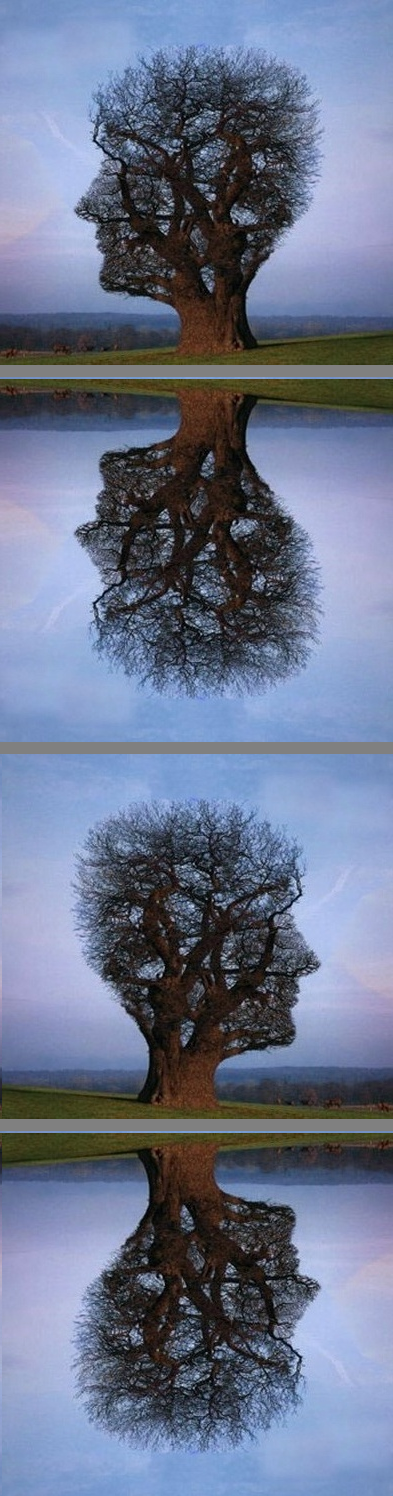
Repository: Dapravith/I5-GIC-Image-Processing
Script's output: python TP3.py
The author's editor kept a copy of each file at every save. The script's output is drawn from the files as they stood at one save, then again after the next save.
Each picture stacks the figures in order, with grey between them; figures that are only written to a file come last. Random numbers start from a fixed seed. It also reads images/facetree.jpg.

Above is the script's output before, as saved 2023-12-20 16:01:31.

### TP3.py
import cv2 as cv

img = cv.imread('./images/facetree.jpg')


height, width = img.shape[:2]

mirImg1 = mirImg2 = mirImg3 = img.copy()



def  miro_f1(img):
        for h in range(height):
            for w in range(width):
                mirImg1[h,w]=img[1-h,w]
        return mirImg1


def miro_f2(img):
    for h in range(height):
        for w in range(width):
            mirImg2[h,w]=img[h,1-w]
    return mirImg2

def miro_f3(img):
    for h in range(height):
        for w in range(width):
            mirImg3[h,w]=img[1-h,1-w]
    return mirImg3




cv.imshow('Test1',img)

cv.imshow('Test2', miro_f1(img))

cv.imshow('Test3', miro_f2(img))

cv.imshow('Test4', miro_f3(img))


cv.waitKey(0)
cv.destroyAllWindows()

After the next save:
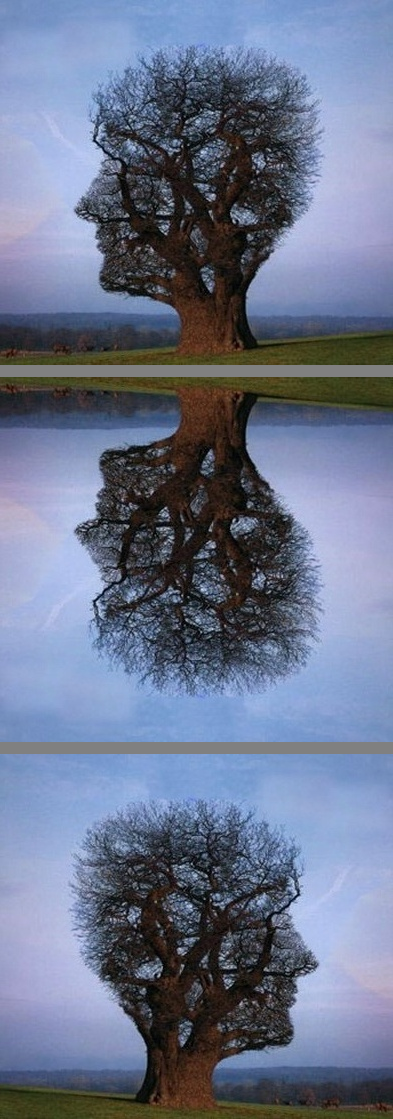
Saved 68 s later.
--- a/TP3.py
+++ b/TP3.py
@@ -2,43 +2,25 @@
 
 img = cv.imread('./images/facetree.jpg')
 
-
 height, width = img.shape[:2]
 
-mirImg1 = mirImg2 = mirImg3 = img.copy()
+mirImg1 = mirImg2 = img.copy()
 
-
-
-def  miro_f1(img):
-        for h in range(height):
-            for w in range(width):
-                mirImg1[h,w]=img[1-h,w]
-        return mirImg1
-
+def miro_f1(img):
+    for h in range(height):
+        for w in range(width):
+            mirImg1[h, w] = img[height - 1 - h, w]
+    return mirImg1
 
 def miro_f2(img):
     for h in range(height):
         for w in range(width):
-            mirImg2[h,w]=img[h,1-w]
+            mirImg2[h, w] = img[h, width - 1 - w]
     return mirImg2
 
-def miro_f3(img):
-    for h in range(height):
-        for w in range(width):
-            mirImg3[h,w]=img[1-h,1-w]
-    return mirImg3
-
-
-
-
-cv.imshow('Test1',img)
-
+cv.imshow('Test1', img)
 cv.imshow('Test2', miro_f1(img))
-
 cv.imshow('Test3', miro_f2(img))
-
-cv.imshow('Test4', miro_f3(img))
-
 
 cv.waitKey(0)
 cv.destroyAllWindows()

After the save that followed:
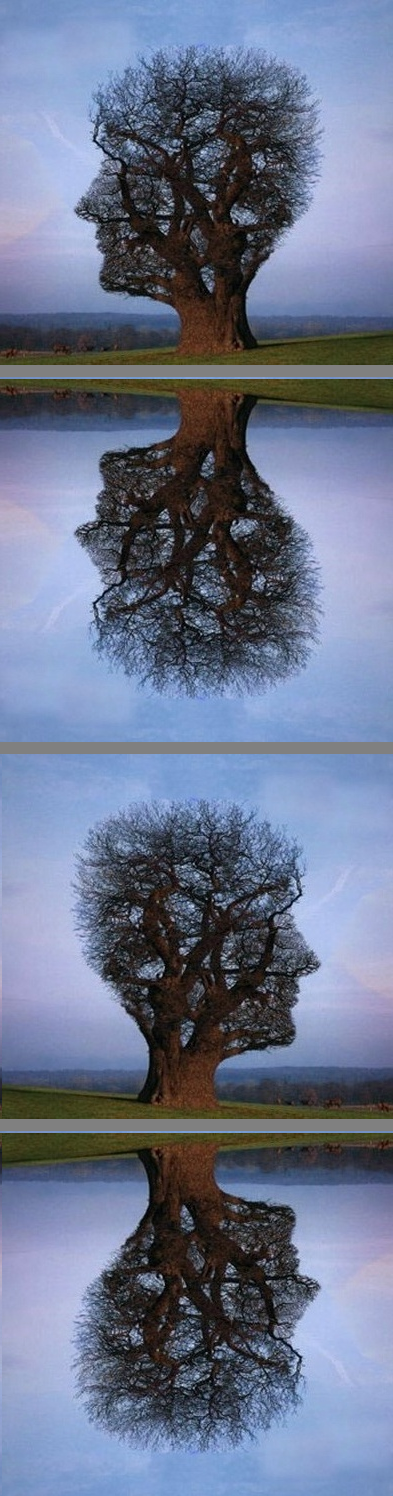
Saved 50 s later.
--- a/TP3.py
+++ b/TP3.py
@@ -2,25 +2,43 @@
 
 img = cv.imread('./images/facetree.jpg')
 
+
 height, width = img.shape[:2]
 
-mirImg1 = mirImg2 = img.copy()
+mirImg1 = mirImg2 = mirImg3 = img.copy()
 
-def miro_f1(img):
-    for h in range(height):
-        for w in range(width):
-            mirImg1[h, w] = img[height - 1 - h, w]
-    return mirImg1
+
+
+def  miro_f1(img):
+        for h in range(height):
+            for w in range(width):
+                mirImg1[h,w]=img[1-h,w]
+        return mirImg1
+
 
 def miro_f2(img):
     for h in range(height):
         for w in range(width):
-            mirImg2[h, w] = img[h, width - 1 - w]
+            mirImg2[h,w]=img[h,1-w]
     return mirImg2
 
-cv.imshow('Test1', img)
+def miro_f3(img):
+    for h in range(height):
+        for w in range(width):
+            mirImg3[h,w]=img[1-h,1-w]
+    return mirImg3
+
+
+
+
+cv.imshow('Test1',img)
+
 cv.imshow('Test2', miro_f1(img))
+
 cv.imshow('Test3', miro_f2(img))
+
+cv.imshow('Test4', miro_f3(img))
+
 
 cv.waitKey(0)
 cv.destroyAllWindows()
